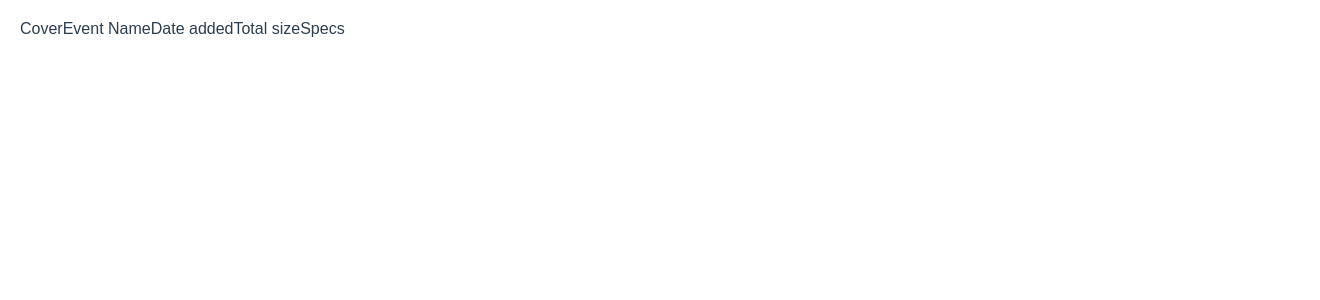
Repository: SyneosAndreia/Allergan_AFA84245_Website
Page: /
These files come from the project's save history. The page is drawn as it stood at one moment and after the next save; the edit follows.
The browser window is 1280 px wide. The page is 1320 px wide, so the pictures cover 1320 px, including what lies to the right of the window. The pictures show the whole page.
The project was rebuilt for these pictures with package versions that can differ from the ones it lists, and the page was loaded fresh each time. Also part of the build but not shown: vue.config.js.

Above is the page before, as saved 2020-03-11 17:33:47.

### src/main.js
import Vue from 'vue'
import App from './App.vue'
import router from './router'
import store from './store'
import '@/css/global.css'

Vue.config.productionTip = false

new Vue({
  router,
  store,
  render: h => h(App)
}).$mount('#app')

### src/App.vue
<template>
  <div id="app">
    <header>
      <!-- <router-link to="/">Home</router-link> -->
    </header>
    <router-view/>
  </div>
</template>

<style>
#app {
  font-family: Avenir, Helvetica, Arial, sans-serif;
  -webkit-font-smoothing: antialiased;
  -moz-osx-font-smoothing: grayscale;
  text-align: center;
  color: #2c3e50;
}

#nav {
  padding: 30px;
}

#nav a {
  font-weight: bold;
  color: #2c3e50;
}

#nav a.router-link-exact-active {
  color: #42b983;
}
</style>

### src/css/global.css
/* =======
[ RESET ]
========= */
* {
    margin: 0;
    padding: 0;
    font-family: Arial, Helvetica, sans-serif;
}

button {
    padding: 0;
    border: none;
    background: none;
}

h1 {
    font-size: 36;
    text-align: left;
}

.btn-modal {
    background-image: url("../assets/img/info.png");
    width: 74px;
    height: 24px;
    cursor: pointer;
}

/* =======
[ TABLE ]
========= */

.title-wrap,
.presentation-wrap {
    padding: 20px;
}

.element-wrap {
    width: 300px;
    text-align: left
}

### src/views/Home.vue
<template>
  <div>
    <MainPage/>
  </div>
</template>

<script>
// @ is an alias to /src
import MainPage from '@/components/Home.vue'

export default {
  name: 'Home',
  components: {
    MainPage
  }
}
</script>

### src/components/Home.vue
<template>
    <div class="title-wrap">
        <div class="tittle-width">Cover</div>
        <div class="tittle-width">Event Name</div>
        <div class="tittle-width">Date added</div>
        <div class="tittle-width">Total size</div>
        <div class="tittle-width">Specs</div>
    </div>
</template>


<script>
export default {
    name:'MainPage',
}
</script>

<!-- Add "scoped" attribute to limit CSS to this component only -->
<style scoped>
    .title-wrap {
        width: 100%;
        display: flex;
        justify-content: flex-start;
    }
</style>

Loaded but not shown: public/index.html (common file); src/router/index.js (common file); src/store/index.js (common file)

After the next save:
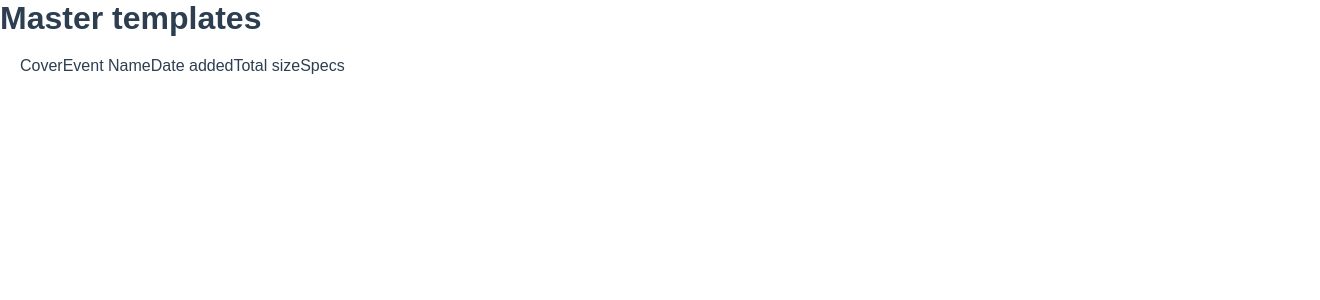
Saved 4 min 5 s later.
--- a/src/components/Home.vue
+++ b/src/components/Home.vue
@@ -1,10 +1,13 @@
 <template>
-    <div class="title-wrap">
-        <div class="tittle-width">Cover</div>
-        <div class="tittle-width">Event Name</div>
-        <div class="tittle-width">Date added</div>
-        <div class="tittle-width">Total size</div>
-        <div class="tittle-width">Specs</div>
+    <div>
+        <h1>Master templates</h1>
+        <div class="title-wrap">
+            <div class="tittle-width">Cover</div>
+            <div class="tittle-width">Event Name</div>
+            <div class="tittle-width">Date added</div>
+            <div class="tittle-width">Total size</div>
+            <div class="tittle-width">Specs</div>
+        </div>
     </div>
 </template>
 
